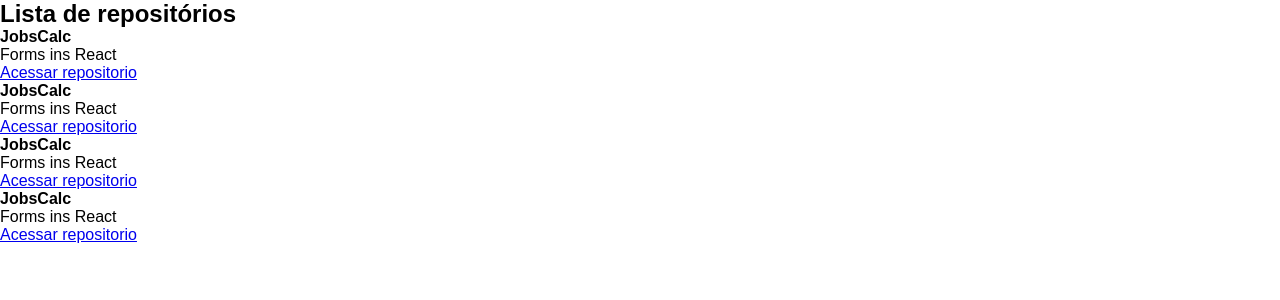
Repository: viniciusfg05/AnnotationReacts
Page: /
An editor plug-in stored every save of this project. The page is shown before and after the next save, followed by the edit.
The browser window is 1280 px wide. The pictures show the whole page.
The project was rebuilt for these pictures with package versions that can differ from the ones it lists, and the page was loaded fresh each time. Also part of the build but not shown: webpack.config.js.

Above is the page before, as saved 2022-02-17 14:05:27.

### public/index.html
<!DOCTYPE html>
<html lang="en">
  <head>
    <meta charset="UTF-8" />
    <meta name="viewport" content="width=device-width, initial-scale=1.0" />
    <title>ReactFundamentos</title>
  </head>
  <body>
    <div id="root"></div>

    <script src="../dist/bundle.js"></script>
  </body>
</html>

### src/index.jsx
import {render} from 'react-dom'
import { App } from './App'

render(<App />, document.getElementById('root'))

### src/App.jsx
import './styles/global.scss'
import { RepositoryList } from './components/RepositoryList'

export function App() {
  return <RepositoryList />
}

### src/styles/global.scss
* {
  margin: 0;
  padding: 0;
  box-sizing: border-box;
}

body {
  font: 16px 'Helvetica Neve', Arial, sans-serif;
}

### src/components/RepositoryList.jsx
import { RepositoryItens } from './RepositoryItens'

const repository = {
  name: 'JobsCalc',
  description: 'Calcula o custo por hora',
  link: 'https://github.com/viniciusfg05/JobsCalc'
}

export function RepositoryList() {
  return (
    <section className="repository-list">
      <h1>Lista de repositórios</h1>

      <ul>
        <RepositoryItens repository={repository} />
        <RepositoryItens repository={repository} />
        <RepositoryItens repository={repository} />
        <RepositoryItens repository={repository} />
      </ul>
    </section>
  )
}

//Enviar uma informação do componente pai assim nosso componente pai pode enviar

//Para acessar todas as propriedade que um componente recebe atraves dos agumentop da função dentro de props:

### src/components/RepositoryItens.jsx
export function RepositoryItens(props) {
  return (
    <li>
      <strong>{props.repository.name ?? 'Defalt'}</strong>
      <p>Forms ins React</p>

      <a href="#">Acessar repositorio</a>
    </li>
  )
}

After the next save:
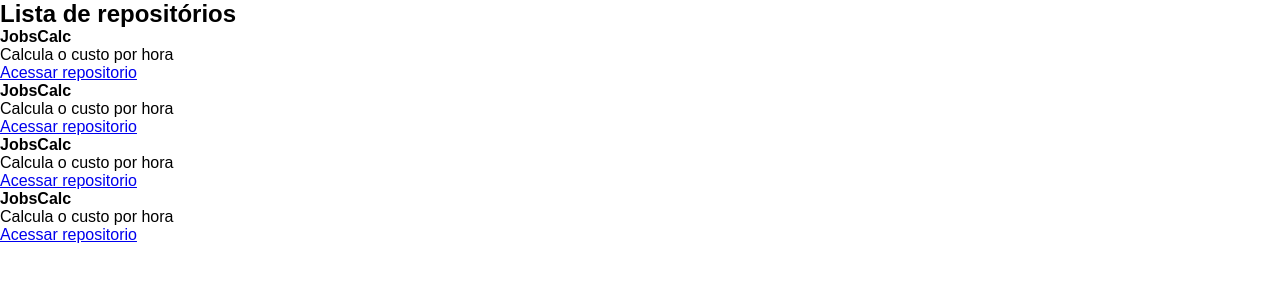
Saved 56 s later.
--- a/src/components/RepositoryItens.jsx
+++ b/src/components/RepositoryItens.jsx
@@ -2,7 +2,7 @@ export function RepositoryItens(props) {
   return (
     <li>
       <strong>{props.repository.name ?? 'Defalt'}</strong>
-      <p>Forms ins React</p>
+      <p>{props.repository.description}</p>
 
       <a href="#">Acessar repositorio</a>
     </li>
